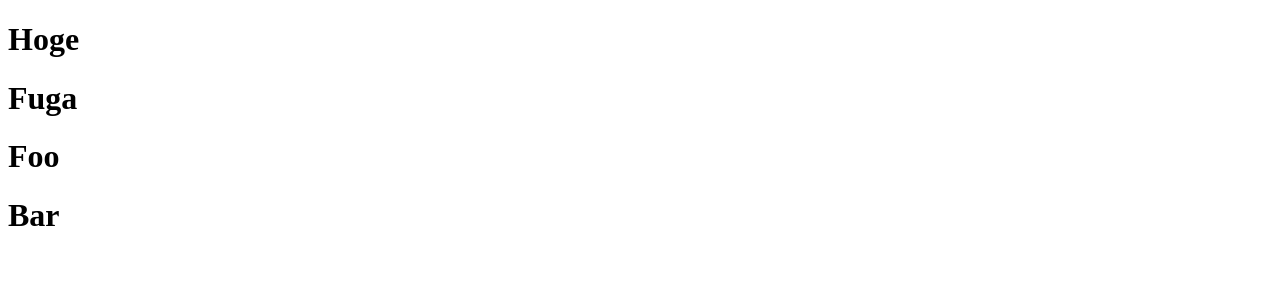
Repository: masaya28562/samurai_HTML-CSS
Page: about.html
The author's editor kept a record of every edit. The page is drawn from the files as they stood at one moment, then again after the next edit.
The browser window is 1280 px wide. The pictures show the whole page.

Above is the page before.

### about.html
<!DOCTYPE html>
<html lang="ja">
    <head>
        <style>
           #sort {
            display: flex;
            }
        </style>
    </head>
    <body>
        <h1>Hoge</h1>
        <h1>Fuga</h1>
        <h1>Foo</h1>
        <h1>Bar</h1>
    </body>
</html>

After the next edit:
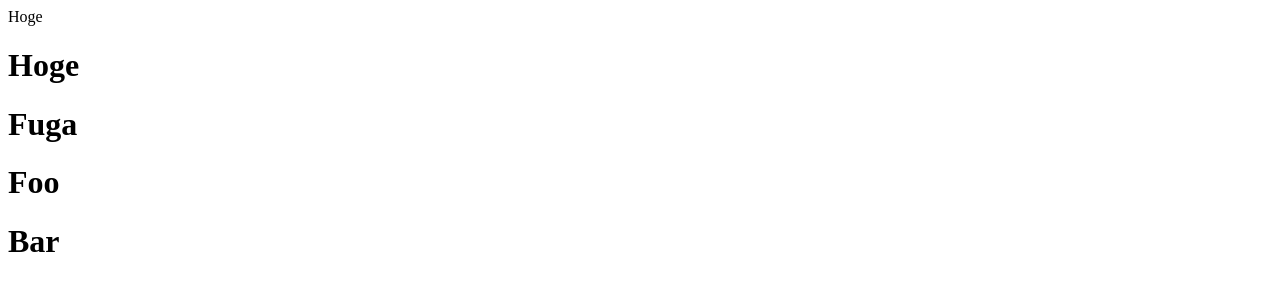
The edit:
--- a/about.html
+++ b/about.html
@@ -8,6 +8,9 @@
         </style>
     </head>
     <body>
+        <div id="sort">
+            <div>Hoge</div>
+        </div>
         <h1>Hoge</h1>
         <h1>Fuga</h1>
         <h1>Foo</h1>
